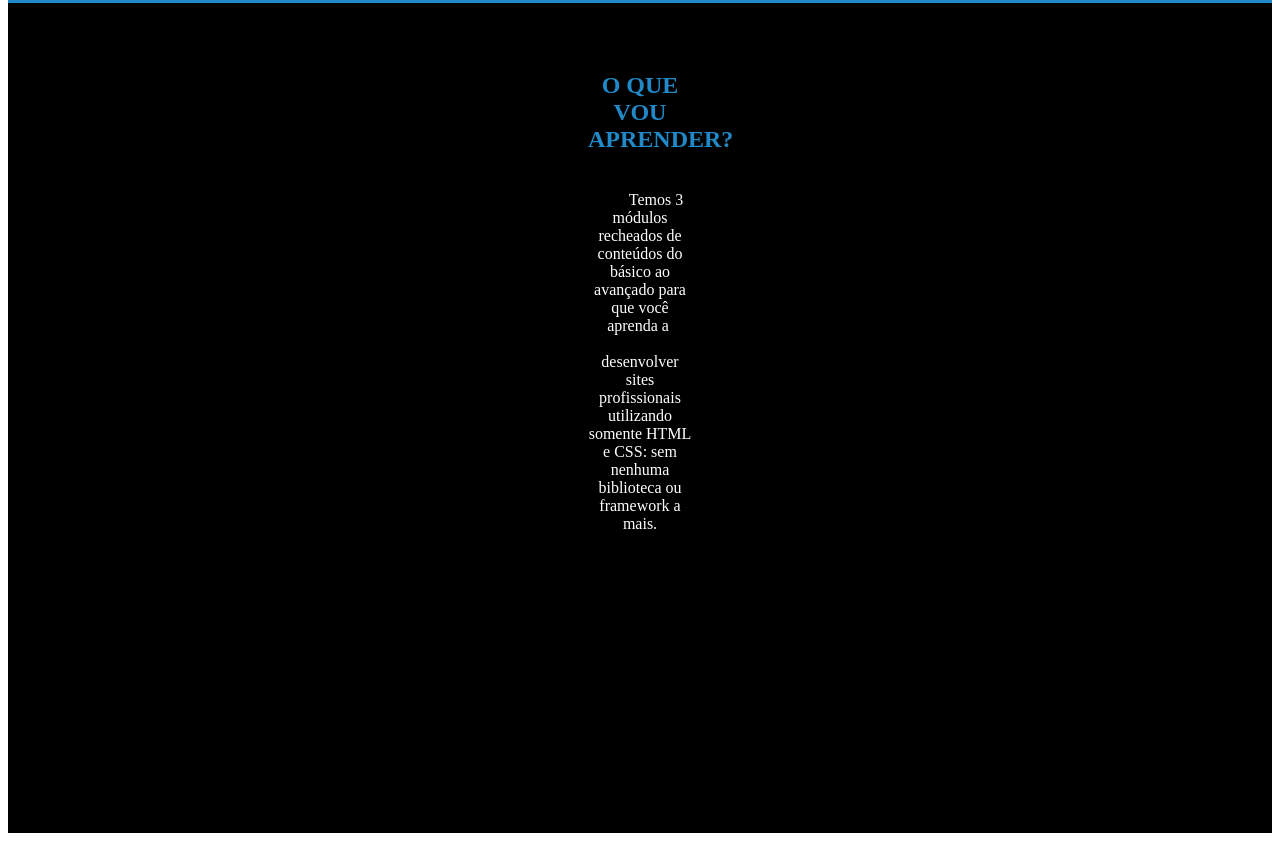
Repository: gustavotwist/trilha-css-desafio-01
Page: index.html
These files come from the project's save history. The page is drawn as it stood at one moment and after a run of saves; the edit follows.
The browser window is 1280 px wide. The pictures show the part of the page from y = 449 to 1316 px (the page is 2181 px tall).
A picture or video elsewhere on the page could not be fetched, so the positions and the page height are approximate.

Above is the page before, as saved 2024-07-15 18:40:59.

### index.html
<!DOCTYPE html>
<html lang="en">
<head>
  <meta charset="UTF-8">
  <meta http-equiv="X-UA-Compatible" content="IE=edge">
  <meta name="viewport" content="width=device-width, initial-scale=1.0">
  <title>Trilha de CSS - DIO</title>
  <link rel="stylesheet" href="global.css">
</head>
<body>
  <header class="banner">
    <div class="banner-content">
      <div class="logo">
        <img src="assets/images/logo.png" title="Logotipo Trilha de CSS DIO" alt="Logotipo Trilha de CSS DIO">
      </div>
      <h1>Trilha de CSS da DIO</h1>
      <p>A nova Trilha de CSS da DIO está disponível. Acesse já e aprenda do zero como desenvolver sites profissionais.</p>
      <button>Quero me inscrever</button>
    </div>
  </header>
  <main>
    <section id="course-content">
      <h2>O que vou aprender?</h2>
      <p>
        Temos 3 módulos recheados de conteúdos do básico ao avançado para que você aprenda a
        desenvolver sites profissionais utilizando somente HTML e CSS: sem nenhuma biblioteca ou framework a mais.
      </p>
      <div class="modules-list">
        <div class="module">
          <span>Módulo 01:</span> primeiros passos com CSS
        </div>
        <div class="module">
          <span>Módulo 02:</span> trabalhando com layouts no CSS
        </div>
        <div class="module">
          <span>Módulo 03:</span> refinando os estilos CSS das nossas páginas
        </div>
      </div>
    </section>
    <section id="transform-world">
      <p>TRANSFORME O MUNDO COM A GENTE</p>
    </section>
    <section id="professional-challenges">
      <h2>Evolua e encare novos desafios profissionais</h2>
      <img src="assets/images/professional-challenges.png" title="Homem lendo depoimentos em um tablet" alt="Homem lendo depoimentos em um tablet">
      <p>
        Junte-se ao nosso ecossistema e transforme o mundo com a gente! Todos os dias dezenas de empresas
        acessam a nossa plataforma em busca dos talentos mais criativos, dinâmicos e colaborativos,
        além do conhecimento técnico.
        A nossa missão é te preparar para que você conecte-se com as melhores oportunidades.
      </p>
    </section>
  </main>
  <footer>
    <img class="dio-logo" src="assets/images/dio-logo.png" title="Logotipo DIO com o texto make the change" alt="Logotipo DIO com o texto make the change">
    <p>Acesse <a href="https://dio.me">dio.me</a> e se cadastre agora</p>
  </footer>
</body>
</html>

### global.css
.banner {
    background:url('/assets/images/banner.png'), no-repeat, linear-gradient(to bottom, #030709, #030709 10%, #0a1b23 50%, #030709 95%);
    color:white;
}

h1, h2 {
    color:#2189c7;
    text-transform:uppercase;
}

.banner-content {
    text-align:center;
    padding:70px;
    margin-bottom:30px;
}

.logo img{
    width:180px;
    radial-gradient(#030709, #061216);
}

button {
   background-color:transparent;
   color:#2189c7;
   border:solid #2189c7;
   padding:1em;
   width:22em;
   text-transform:uppercase;
   word-spacing:2px;
}

#course-content{
    border-top: solid  #2189c7;
    margin-top: -30px;
    padding:50px 580px;
    text-align:center;
    background-color:#000000;
}

section p{
    color: white;
    white-space:pre-wrap;
}


.modules-list {

}

After the next 5 saves:
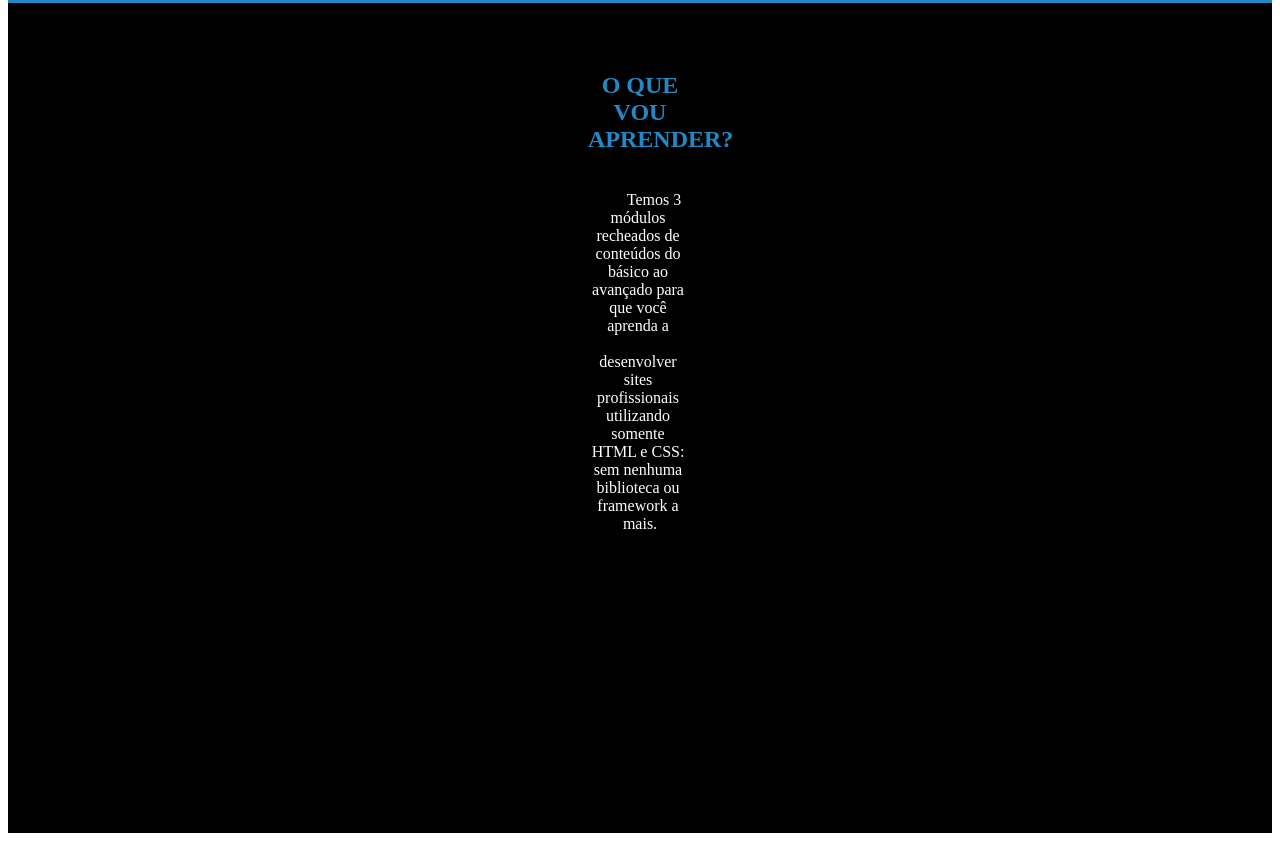
The 5 saves are shown as one change because they came seconds apart.
The last was saved 40 s later.
--- a/global.css
+++ b/global.css
@@ -39,7 +39,7 @@ button {
 
 section p{
     color: white;
-    white-space:pre-wrap;
+    white-space:break-spaces;
 }
 
 
